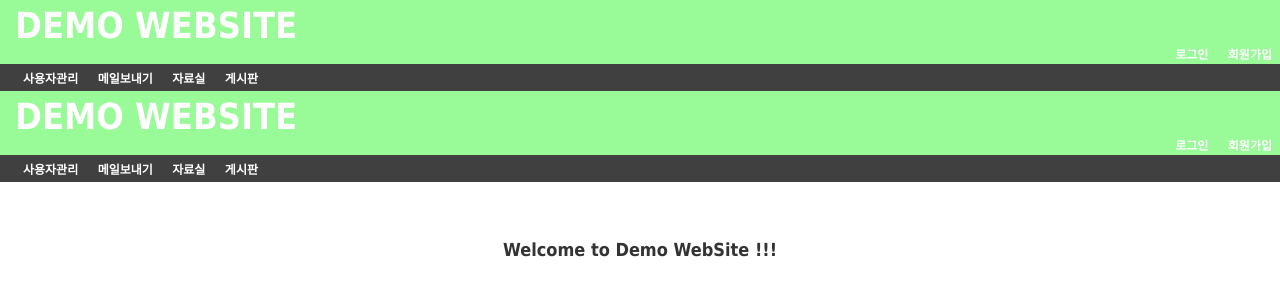
Repository: shin-yj/java
Page: http://localhost/demoweb/home.action
These files come from the project's save history. The page is drawn as it stood at one moment and after the next save; the edit follows.
The browser window is 1280 px wide. The pictures show the whole page.
The page is served by Tomcat 9. Other server files are loaded and not shown.

Above is the page before, as saved 2020-08-07 08:35:37.

### java/demoweb/WebContent/WEB-INF/views/home.jsp
<%@ page language="java"
		 contentType="text/html; charset=utf-8"
		 pageEncoding="utf-8"%>

<!DOCTYPE html>

<html>
<head>
	<meta charset='utf-8' />
	<title>Home</title>
	<link rel='Stylesheet' href='/demoweb/styles/default.css' />
</head>
<body>

	<div id='pageContainer'>

		<%-- 다른 jsp의 내용을 삽입하는 구문 --%>
		<%@ include file="/WEB-INF/views/module/header.jsp" %> <!-- 처리를 해야 되는 방식,  밑과 같으나 잘 안쓰임 -->


		<%--
		<% pageContext.include(("/WEB-INF/views/module/header.jsp")); %> <!-- 밑과 같음, 처리가 이미 되어있음 -->
		--%>
		<jsp:include page="/WEB-INF/views/module/header.jsp" />	<!-- 이게 가장 마니 사용댐 -->

		<div id='content'>
			<br /><br /><br />
			<h2 style='text-align:center'>Welcome to Demo WebSite !!!</h2>
		</div>
	</div>

</body>
</html>

### java/demoweb/WebContent/WEB-INF/views/module/header.jsp
<%@ page language="java" contentType="text/html; charset=utf-8"
    pageEncoding="utf-8"%>
    <!-- 재사용할 내용  -->
		<div id="header" style='background-color:palegreen'>
            <div class="title">
                <a href="/demoweb/home.action">DEMO WEBSITE</a>
            </div>
            <div class="links">
            <% String user = (String)session.getAttribute("loginuser"); %> <!-- 로그인 되었는지 세션에서 확인 -->
            <% if (user == null) { %>
            	<a href="/demoweb/account/login.action">로그인</a>
                <a href="/demoweb/account/register.action">회원가입</a>
            <% } else { %>
            	<%= user %>님 환영합니다.
            	<a href="/demoweb/account/login.action">로그아웃</a>
            <% } %>

            </div>
        </div>

        <div id="menu">
            <div>
                <ul>
                    <li><a href="#">사용자관리</a></li>
					<li><a href="#">메일보내기</a></li>
					<li><a href="#">자료실</a></li>
					<li><a href="#">게시판</a></li>
                </ul>
            </div>
		</div>

### java/demoweb/src/com/demoweb/servlet/HomeServlet.java
package com.demoweb.servlet;

import java.io.IOException;

import javax.servlet.RequestDispatcher;
import javax.servlet.ServletException;
import javax.servlet.annotation.WebServlet;
import javax.servlet.http.HttpServlet;
import javax.servlet.http.HttpServletRequest;
import javax.servlet.http.HttpServletResponse;

@WebServlet(urlPatterns= {"/home.action"})
public class HomeServlet extends HttpServlet { // sevlet과 연결 // get방식 // home.action에 요청이 들어오면 homesevlet으로 요청 들어온당

	@Override
	protected void doGet(HttpServletRequest req, HttpServletResponse resp) throws ServletException, IOException {
			// 요청 처리(여기서는 특별히 할 것이 없음)

			// JSP로 forward 이동해서 응답 컨텐츠 생산
		RequestDispatcher dispatcher = req.getRequestDispatcher("/WEB-INF/views/home.jsp"); // 요청을 전달하는 것 찾기
		dispatcher.forward(req, resp);


	}

}

### java/demoweb/WebContent/styles/default.css
@CHARSET "utf-8";

body {
	font-family: Tahoma, Arial, Helvetica;
	font-size: 12px;
}

body {
	background: #ffffff none repeat scroll 0;
	color: #333333;
	margin: 0;
	padding: 0;
}

#pageContainer {
	background: #ffffff none repeat scroll 0;
	margin: 0 auto;
	max-width: 100%;
	min-width: 600px;
	padding:0 0;
	text-align: left;
}

#header {
	background-color: #eb4c07;
	color: #ffffff;
	width: 100%;
	padding-bottom: 4px;
	height: 60px;
}

#header a {
	color: #ffffff;
	font-weight: bold;
	text-decoration: none;
}

#header .title {
	font-size: 36px;
	font-weight: bolder;
	padding-left: 15px;
	padding-top: 5px;
	float:left;
}

#header .links {
	padding-top:45px;
	float:right;
}

#header .links a {
	padding: 8px;
}

#menu {
	background-color: #404040;
	color: #ffffff;
	padding: 5px 15px 5px /* bottom - left - top - 0*/
}

#menu ul {
	display: inline;
	margin-left: 0;
	padding-left: 0;
}

#menu ul li {
	display: inline;
	list-style-image: none;
	list-style-position: outside;
	list-style-type: none;
	margin-left: 0;
}

#menu ul li a {
	color: #ffffff;
	font-weight: bold;
	text-decoration: none;
	padding: 8px;
}

#menu ul li a:hover, #menu ul li a:focus {
	background-color: #5a5a5a;
}

After the next save:
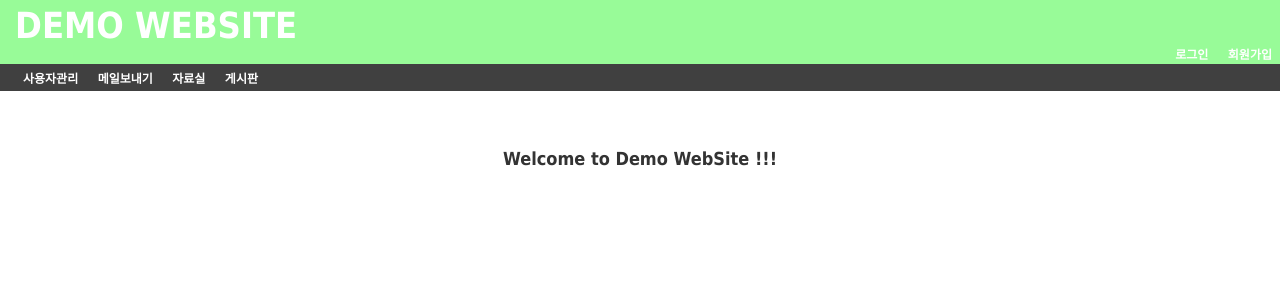
Saved 6 min 55 s later.
--- a/java/demoweb/WebContent/WEB-INF/views/home.jsp
+++ b/java/demoweb/WebContent/WEB-INF/views/home.jsp
@@ -15,10 +15,8 @@
 	<div id='pageContainer'>
 
 		<%-- 다른 jsp의 내용을 삽입하는 구문 --%>
+		<%--
 		<%@ include file="/WEB-INF/views/module/header.jsp" %> <!-- 처리를 해야 되는 방식,  밑과 같으나 잘 안쓰임 -->
-
-
-		<%--
 		<% pageContext.include(("/WEB-INF/views/module/header.jsp")); %> <!-- 밑과 같음, 처리가 이미 되어있음 -->
 		--%>
 		<jsp:include page="/WEB-INF/views/module/header.jsp" />	<!-- 이게 가장 마니 사용댐 -->
